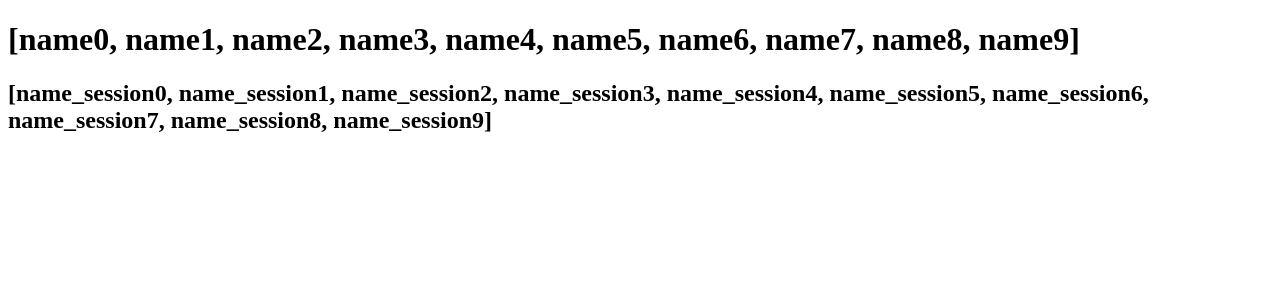
Repository: ScorpionHell7/ServletProjects
Page: http://localhost/AttribuesExample/abc
An editor plug-in stored every save of this project. The page is shown before and after the next save, followed by the edit.
The browser window is 1280 px wide. The pictures show the whole page.
The page is served by Tomcat 10. Other server files are loaded and not shown.

Above is the page before, as saved 2024-05-05 08:56:16.

### Servlet_workspace/AttribuesExample/src/main/webapp/abc.jsp
<%@ page language="java" contentType="text/html; charset=ISO-8859-1"
    pageEncoding="ISO-8859-1"%>
<!DOCTYPE html>
<html>
<head>
<meta charset="ISO-8859-1">
<title>Insert title here</title>
</head>
<body>
	<h1><%= request.getAttribute("names") %></h1>
	<h2><%= session.getAttribute("sessionnames")%></h2>
</body>
</html>

### Servlet_workspace/AttribuesExample/src/main/java/ABCServlet.java
import java.io.IOException;
import java.util.ArrayList;

import jakarta.servlet.ServletException;
import jakarta.servlet.http.HttpServlet;
import jakarta.servlet.http.HttpServletRequest;
import jakarta.servlet.http.HttpServletResponse;
import jakarta.servlet.http.HttpSession;

public class ABCServlet extends HttpServlet {
	@Override
	protected void doGet(HttpServletRequest req, HttpServletResponse resp) throws ServletException, IOException {
		HttpSession session = req.getSession();
		ArrayList<String> applicationnames = new ArrayList<String>();
		ArrayList<String> sessionnames = new ArrayList<String>();
		ArrayList<String> names = new ArrayList<String>();
		for(int i=0;i<10;i++) {
			names.add("name"+i);
			sessionnames.add("name_session"+i);
			applicationnames.add("app names"+i);
		}
		getServletContext().setAttribute("applicationnames", applicationnames);
		session.setAttribute("sessionnames", sessionnames);
		req.setAttribute("names", names);
		req.getRequestDispatcher("abc.jsp").forward(req, resp);
	}

}

After the next save:
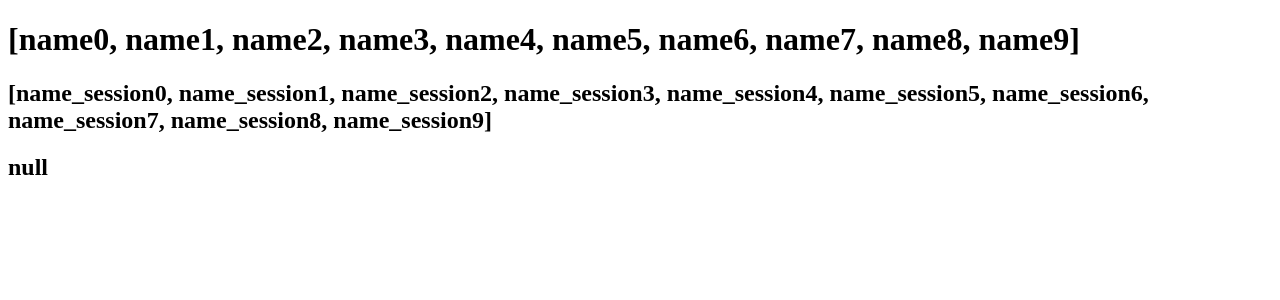
Saved 5 s later.
--- a/Servlet_workspace/AttribuesExample/src/main/webapp/abc.jsp
+++ b/Servlet_workspace/AttribuesExample/src/main/webapp/abc.jsp
@@ -9,5 +9,6 @@
 <body>
 	<h1><%= request.getAttribute("names") %></h1>
 	<h2><%= session.getAttribute("sessionnames")%></h2>
+	<h2><%= session.getAttribute("applicationnames")%></h2>
 </body>
 </html>
